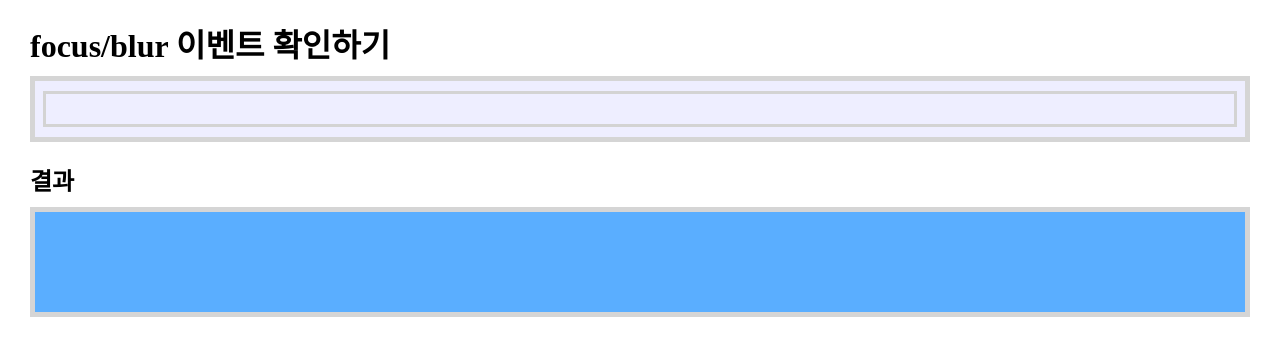
Repository: rwanda95do/bitcamp
Page: jQuery/src/main/webapp/02_jQueryEvent/exam08.html
An editor plug-in stored every save of this project. The page is shown before and after the next save, followed by the edit.
The browser window is 1280 px wide. The pictures show the whole page.

Above is the page before, as saved 2024-08-23 01:14:25.

After the next save:
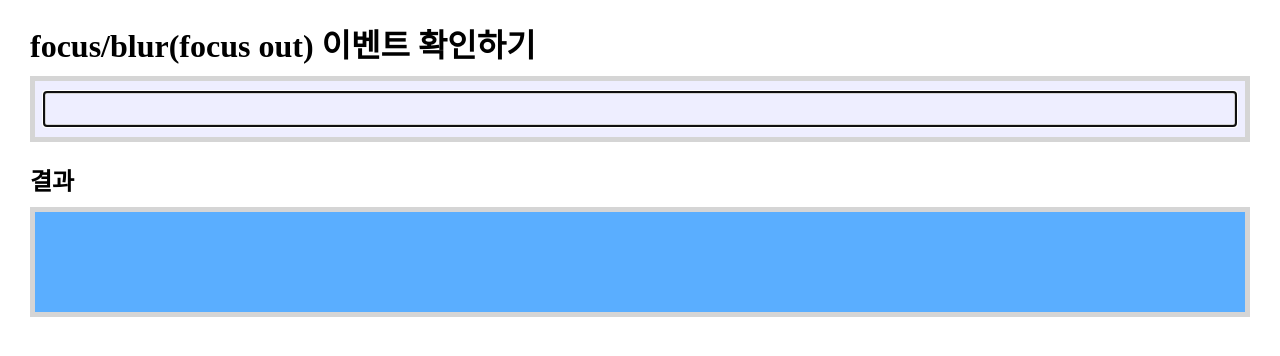
Saved 96 s later.
--- a/jQuery/src/main/webapp/02_jQueryEvent/exam08.html
+++ b/jQuery/src/main/webapp/02_jQueryEvent/exam08.html
@@ -8,7 +8,7 @@
 
 </head>
 <body>
-	<h1>focus/blur 이벤트 확인하기</h1>
+	<h1>focus/blur(focus out) 이벤트 확인하기</h1>
 	<div id="input">
 		<input type="text" />
 	</div>
@@ -22,11 +22,7 @@
 $(function () {	// <body>를 다 읽은 후에 실행
 	let count = 0;
 
-	$('#input > input[type="text"]').keypress(function(e) {
-		count ++;
-		$('#result').html('key event ' + count +' 개 &gt&gt' + e.which);
-
-	});
+	$('#input > input[type="text"]').focus();
 
 });
 </script>
